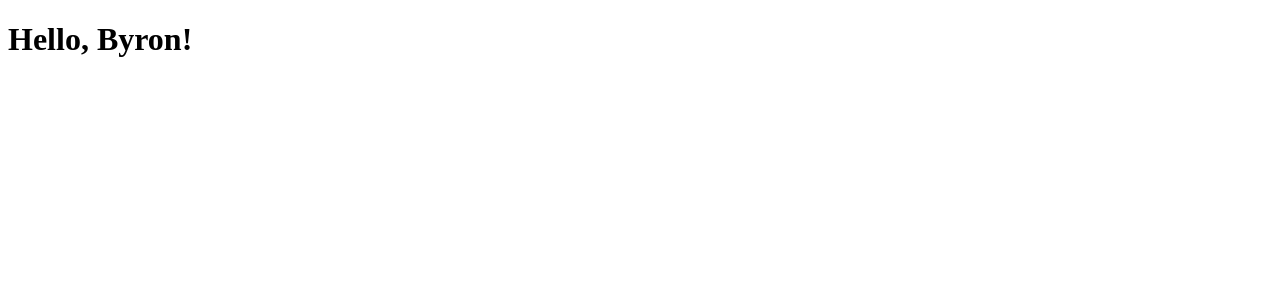
Repository: Matsikembareb/myPowervision
Page: http://localhost/
An editor plug-in stored every save of this project. The page is shown before and after the next save, followed by the edit.
The browser window is 1280 px wide. The pictures show the whole page.
The page is served by the project's application, run on Flask 3 (03prototype_microblog/app/__init__.py). Other server files are loaded and not shown.

Above is the page before, as saved 2025-09-11 11:57:39.

### 03prototype_microblog/app/templates/index.html
<!DOCTYPE html>
<html lang="en">
<head>
    <meta charset="UTF-8">
    <meta name="viewport" content="width=device-width, initial-scale=1.0">
    {% if title %}
    <title>{{ title }} - Microblog</title>
    {% else %}
    <title>Welcome to Microblog!</title>
    {% endif %}
</head>
<body>
    <h1>Hello, {{ user.username }}!</h1>
</body>
</html>

### 03prototype_microblog/app/routes.py
from flask import render_template
from app import app

@app.route('/')
@app.route('/index')
def index():
    user = {'username': 'Byron'}
    posts = [
        {
            'author': {'username': 'John'},
            'body': 'Beautiful day in Portland!'
        },
        {
            'author': {'username': 'Susan'},
            'body': 'The Avengers movie was so cool!'
        }
    ]
    return render_template('index.html', title='Home', user=user, posts=posts)

Loaded but not shown: 03prototype_microblog/app/__init__.py (common file)

After the next save:
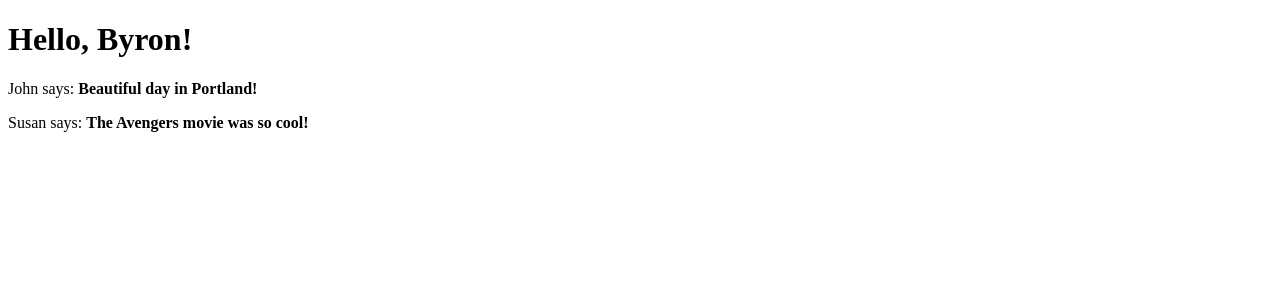
Saved 7 min 34 s later.
--- a/03prototype_microblog/app/templates/index.html
+++ b/03prototype_microblog/app/templates/index.html
@@ -11,5 +11,10 @@
 </head>
 <body>
     <h1>Hello, {{ user.username }}!</h1>
+    {% for post in posts %}
+        <div>
+            <p>{{ post.author.username }} says: <b>{{ post.body }}</b></p>
+        </div>
+    {% endfor %}
 </body>
 </html>
